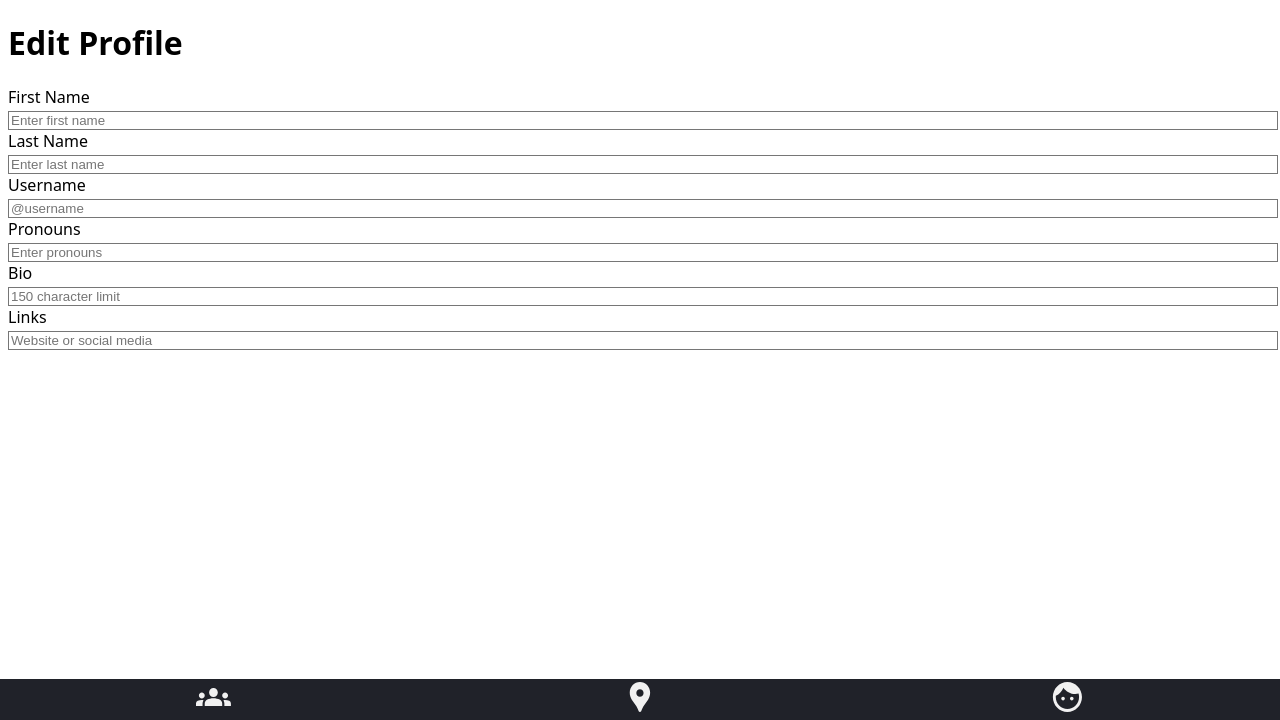
Repository: amolwalia/LocaLens-App
Page: /profile
These files come from the project's save history. The page is drawn as it stood at one moment and after the next save; the edit follows.
The browser window is 1280 px wide. The pictures show the whole page.
The project was rebuilt for these pictures with package versions that can differ from the ones it lists, and the page was loaded fresh each time. The framework's server and built-in components were replaced by stand-ins that run in the browser. Also part of the build but not shown: next.config.mjs.

Above is the page before, as saved 2025-05-22 22:47:37.

### app/profile/page.jsx
"use client";

import React, { useState } from "react";
import NavBar from "@/components/NavBar";
import Input from "@/components/Input/Input";

export default function ProfilePage() {
  const [formData, setFormData] = useState({
    firstName: "Samuel L.",
    lastName: "Jackson",
    username: "@jackson.jpeg",
    pronouns: "He/Him",
    bio: "I take pictures because I like to. Follow me and my journey",
    links: "https://shorturl.at/xvcix",
  });

  const handleChange = (e) => {
    const { id, value } = e.target;
    setFormData((prev) => ({ ...prev, [id]: value }));
  };

  return (
    <div className="max-w-2xl mx-auto p-4">
      <NavBar />
      <h1 className="text-2xl font-bold mb-6">Edit Profile</h1>
      <Input
        label="First Name"
        id="firstName"
        type="text"
        value={formData.firstName}
        onChange={handleChange}
        placeholder="Enter first name"
      />
      <Input
        label="Last Name"
        id="lastName"
        type="text"
        value={formData.lastName}
        onChange={handleChange}
        placeholder="Enter last name"
      />
      <Input
        label="Username"
        id="username"
        type="text"
        value={formData.username}
        onChange={handleChange}
        placeholder="@username"
      />
      <Input
        label="Pronouns"
        id="pronouns"
        type="text"
        value={formData.pronouns}
        onChange={handleChange}
        placeholder="Enter pronouns"
      />
      <Input
        label="Bio"
        id="bio"
        type="text"
        value={formData.bio}
        onChange={handleChange}
        placeholder="150 character limit"
      />
      <Input
        label="Links"
        id="links"
        type="text"
        value={formData.links}
        onChange={handleChange}
        placeholder="Website or social media"
      />
    </div>
  );
}

### app/globals.css
/* File: styles/globals.css */

@import url("https://fonts.googleapis.com/css2?family=Noto+Sans:wght@400;600;700&display=swap");

@tailwind base;
@tailwind components;
@tailwind utilities;

@layer base {
  html {
    font-family: "Noto Sans", sans-serif;
  }
}

.profileFormContainer {
  max-width: 672px;
  margin: 0 auto;
  padding: 16px;
}

.profileHeading {
  font-size: 24px;
  font-weight: bold;
  margin-bottom: 24px;
}

### components/NavBar.jsx
"use client";

import React from "react";
import Link from "next/link";

export default function NavBar() {
  return (
    <nav className="fixed bottom-[0] left-[0] w-full z-50 bg-[#202229] text-white flex justify-around items-center h-16 shadow-md">
      <Link
        href="/home"
        className="flex flex-col items-center text-sm text-gray-700"
      >
        <span className="text-xl">
          <svg
            xmlns="http://www.w3.org/2000/svg"
            width="35"
            height="18"
            viewBox="0 0 35 18"
            fill="none"
          >
            <path
              d="M17.4627 10.125C19.8347 10.125 21.9302 10.71 23.6328 11.475C25.2045 12.195 26.194 13.815 26.194 15.57V18H8.73134V15.585C8.73134 13.815 9.7209 12.195 11.2925 11.49C12.9951 10.71 15.0907 10.125 17.4627 10.125ZM5.8209 10.5C7.42164 10.5 8.73134 9.15 8.73134 7.5C8.73134 5.85 7.42164 4.5 5.8209 4.5C4.22015 4.5 2.91045 5.85 2.91045 7.5C2.91045 9.15 4.22015 10.5 5.8209 10.5ZM7.4653 12.15C6.92687 12.06 6.38843 12 5.8209 12C4.38022 12 3.01231 12.315 1.77537 12.87C0.698508 13.35 0 14.43 0 15.645V18H6.54851V15.585C6.54851 14.34 6.88321 13.17 7.4653 12.15ZM29.1045 10.5C30.7052 10.5 32.0149 9.15 32.0149 7.5C32.0149 5.85 30.7052 4.5 29.1045 4.5C27.5037 4.5 26.194 5.85 26.194 7.5C26.194 9.15 27.5037 10.5 29.1045 10.5ZM34.9254 15.645C34.9254 14.43 34.2269 13.35 33.15 12.87C31.9131 12.315 30.5452 12 29.1045 12C28.5369 12 27.9985 12.06 27.4601 12.15C28.0422 13.17 28.3769 14.34 28.3769 15.585V18H34.9254V15.645ZM17.4627 0C19.8784 0 21.8284 2.01 21.8284 4.5C21.8284 6.99 19.8784 9 17.4627 9C15.047 9 13.097 6.99 13.097 4.5C13.097 2.01 15.047 0 17.4627 0Z"
              fill="#F1F1F1"
            />
          </svg>
        </span>
      </Link>
      <Link
        href="/post"
        className="flex flex-col items-center text-sm text-gray-700"
      >
        <span className="text-xl">
          <svg
            xmlns="http://www.w3.org/2000/svg"
            width="36"
            height="36"
            viewBox="0 0 36 36"
            fill="none"
          >
            <g clipPath="url(#clip0_201_1439)">
              <path
                d="M17.9403 3C12.3086 3 7.75372 7.695 7.75372 13.5C7.75372 16.11 8.48133 18.555 9.80559 20.76C11.1881 23.07 13.0071 25.05 14.4041 27.36C15.0881 28.485 15.5828 29.535 16.1067 30.75C16.4851 31.575 16.7907 33 17.9403 33C19.0899 33 19.3955 31.575 19.7593 30.75C20.2978 29.535 20.778 28.485 21.4619 27.36C22.8589 25.065 24.678 23.085 26.0604 20.76C27.3992 18.555 28.1269 16.11 28.1269 13.5C28.1269 7.695 23.572 3 17.9403 3ZM17.9403 17.625C15.9321 17.625 14.3022 15.945 14.3022 13.875C14.3022 11.805 15.9321 10.125 17.9403 10.125C19.9485 10.125 21.5784 11.805 21.5784 13.875C21.5784 15.945 19.9485 17.625 17.9403 17.625Z"
                fill="#F1F1F1"
              />
            </g>
            <defs>
              <clipPath id="clip0_201_1439">
                <rect
                  width="34.9254"
                  height="36"
                  fill="white"
                  transform="translate(0.4776)"
                />
              </clipPath>
            </defs>
          </svg>
        </span>
      </Link>
      <Link
        href="/profile"
        className="flex flex-col items-center text-sm text-gray-700"
      >
        <span className="text-xl">
          <svg
            xmlns="http://www.w3.org/2000/svg"
            width="36"
            height="36"
            viewBox="0 0 36 36"
            fill="none"
          >
            <g clipPath="url(#clip0_201_1441)">
              <path
                d="M14.0522 17.625C13.0481 17.625 12.2332 18.465 12.2332 19.5C12.2332 20.535 13.0481 21.375 14.0522 21.375C15.0563 21.375 15.8712 20.535 15.8712 19.5C15.8712 18.465 15.0563 17.625 14.0522 17.625ZM22.7836 17.625C21.7795 17.625 20.9645 18.465 20.9645 19.5C20.9645 20.535 21.7795 21.375 22.7836 21.375C23.7877 21.375 24.6026 20.535 24.6026 19.5C24.6026 18.465 23.7877 17.625 22.7836 17.625ZM18.4179 3C10.385 3 3.86565 9.72 3.86565 18C3.86565 26.28 10.385 33 18.4179 33C26.4507 33 32.9701 26.28 32.9701 18C32.9701 9.72 26.4507 3 18.4179 3ZM18.4179 30C12.0003 30 6.77609 24.615 6.77609 18C6.77609 17.565 6.8052 17.13 6.84886 16.71C10.2832 15.135 13.0045 12.24 14.4306 8.655C17.0645 12.495 21.4011 15 26.3052 15C27.4403 15 28.5317 14.865 29.5795 14.61C29.885 15.675 30.0597 16.815 30.0597 18C30.0597 24.615 24.8354 30 18.4179 30Z"
                fill="#F1F1F1"
              />
            </g>
            <defs>
              <clipPath id="clip0_201_1441">
                <rect
                  width="34.9254"
                  height="36"
                  fill="white"
                  transform="translate(0.9552)"
                />
              </clipPath>
            </defs>
          </svg>
        </span>
      </Link>
    </nav>
  );
}

### components/Input/Input.jsx
export default function Input({ label, id, type, placeholder }) {
  return (
    <>
      <label className="text-sm text-black mb-1" htmlFor={id}>
        {label}
      </label>
      <input
        id={id}
        type={type}
        label={label}
        placeholder={placeholder}
        className="w-full px-4 py-2 border border-gray-400 rounded-md mb-4"
      />
    </>
  );
}

Loaded but not shown: app/layout.js (common file)

After the next save:
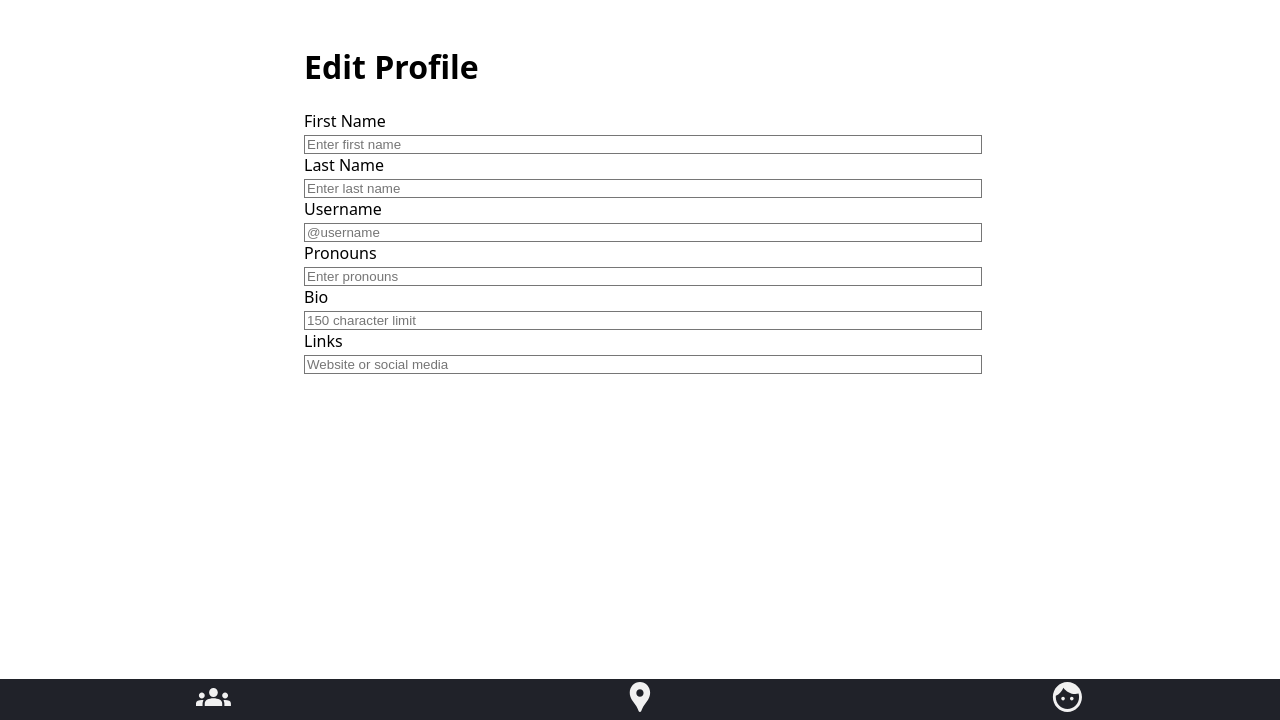
Saved 27 s later.
--- a/app/profile/page.jsx
+++ b/app/profile/page.jsx
@@ -20,7 +20,7 @@ export default function ProfilePage() {
   };
 
   return (
-    <div className="max-w-2xl mx-auto p-4">
+    <div className="profileFormContainer">
       <NavBar />
       <h1 className="text-2xl font-bold mb-6">Edit Profile</h1>
       <Input
